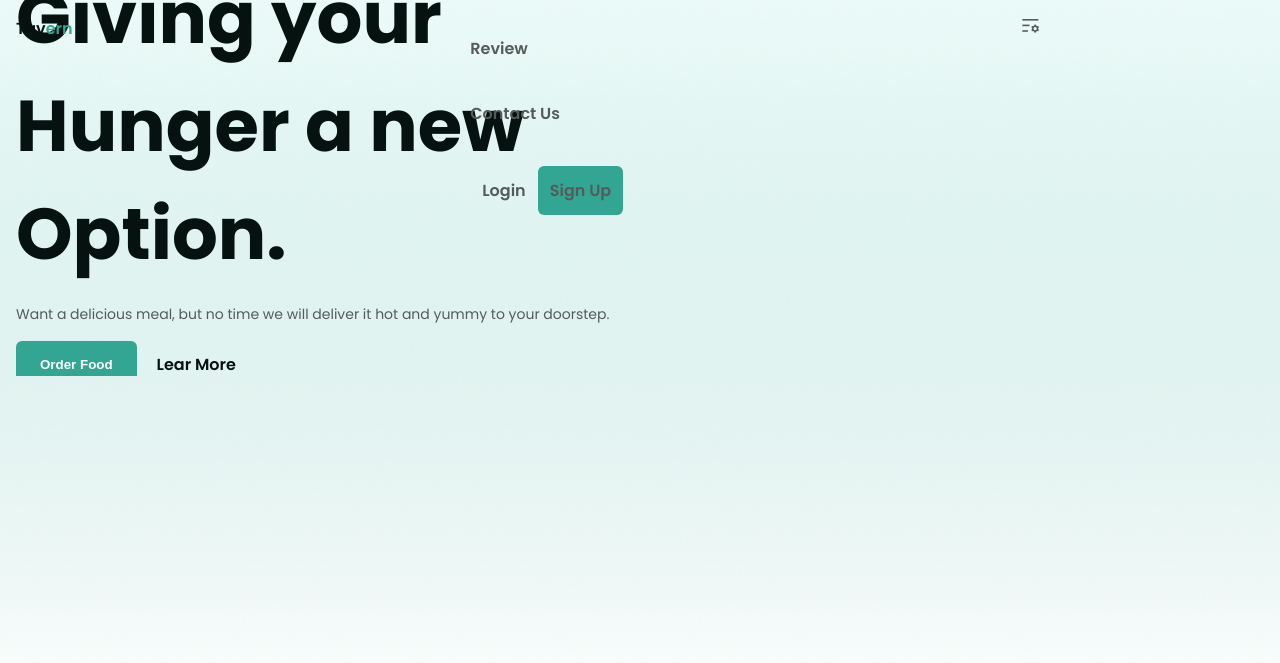
Repository: haokiet2501/tavern-restaurant-landing-page
Page: index.html
The author's editor kept a copy of each file at every save. The page is drawn from the files as they stood at one save, then again after the next save.
The browser window is 1280 px wide. The pictures show the whole page.
The style sheet was rebuilt from its Sass, Less or Tailwind sources for each picture, by a compiler version that may differ from the author's.

Above is the page before, as saved 2022-07-01 16:38:07.

After the next save:
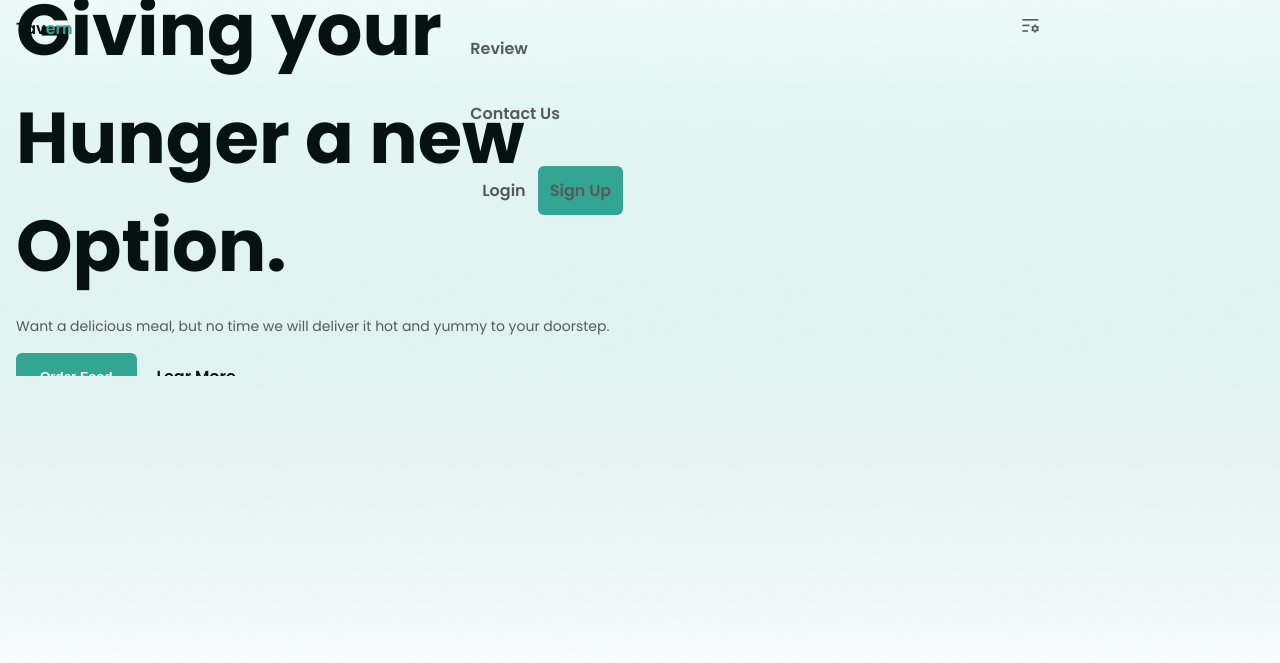
Saved 4 s later.
--- a/index.html
+++ b/index.html
@@ -73,7 +73,9 @@
                         </div>
                     </div>
 
-                    .home
+                    <div class="home__images">
+
+                    </div>
                 </div>
             </div>
         </section>

After the save that followed:
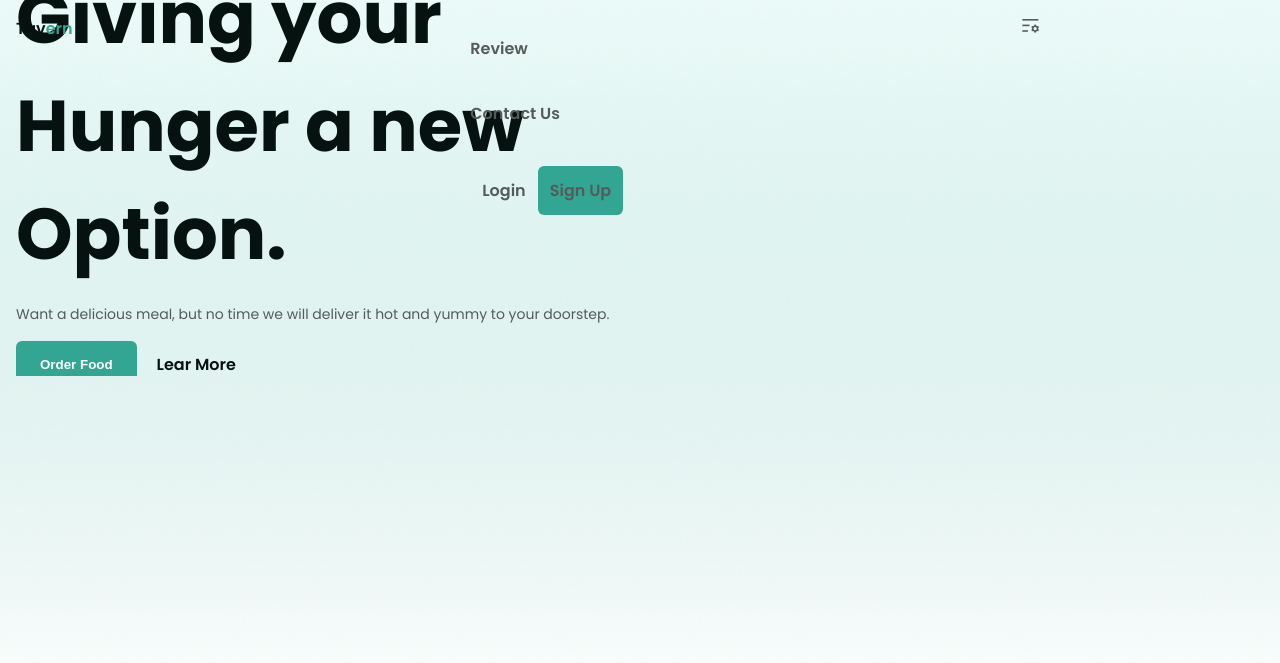
Saved 53 s later.
--- a/index.html
+++ b/index.html
@@ -74,7 +74,7 @@
                     </div>
 
                     <div class="home__images">
-
+                        img
                     </div>
                 </div>
             </div>
